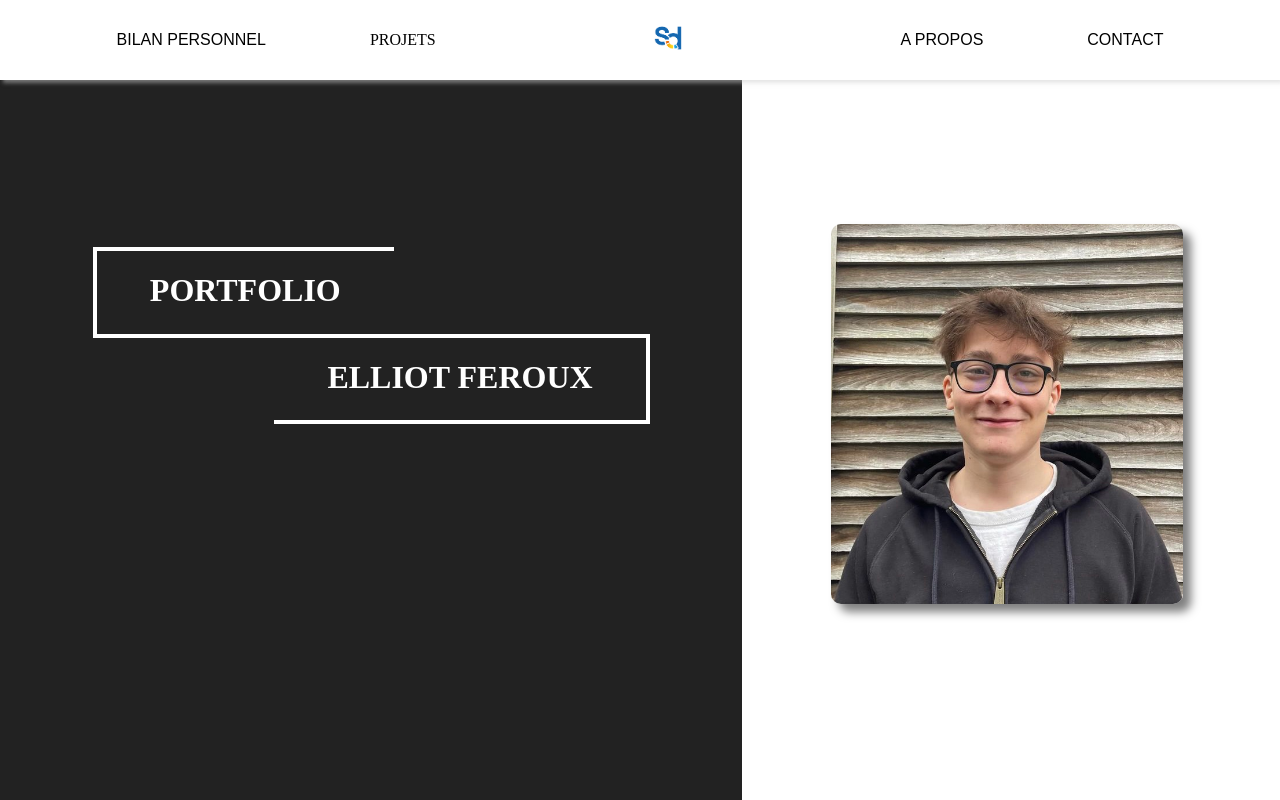
Repository: elliotfx/elliotfx.github.io
Page: html/main.html
The author's editor kept a copy of each file at every save. The page is drawn from the files as they stood at one save, then again after the next save.
The browser window is 1280 px wide. The pictures show the whole page.

Above is the page before, as saved 2024-07-30 21:38:58.

After the next save:
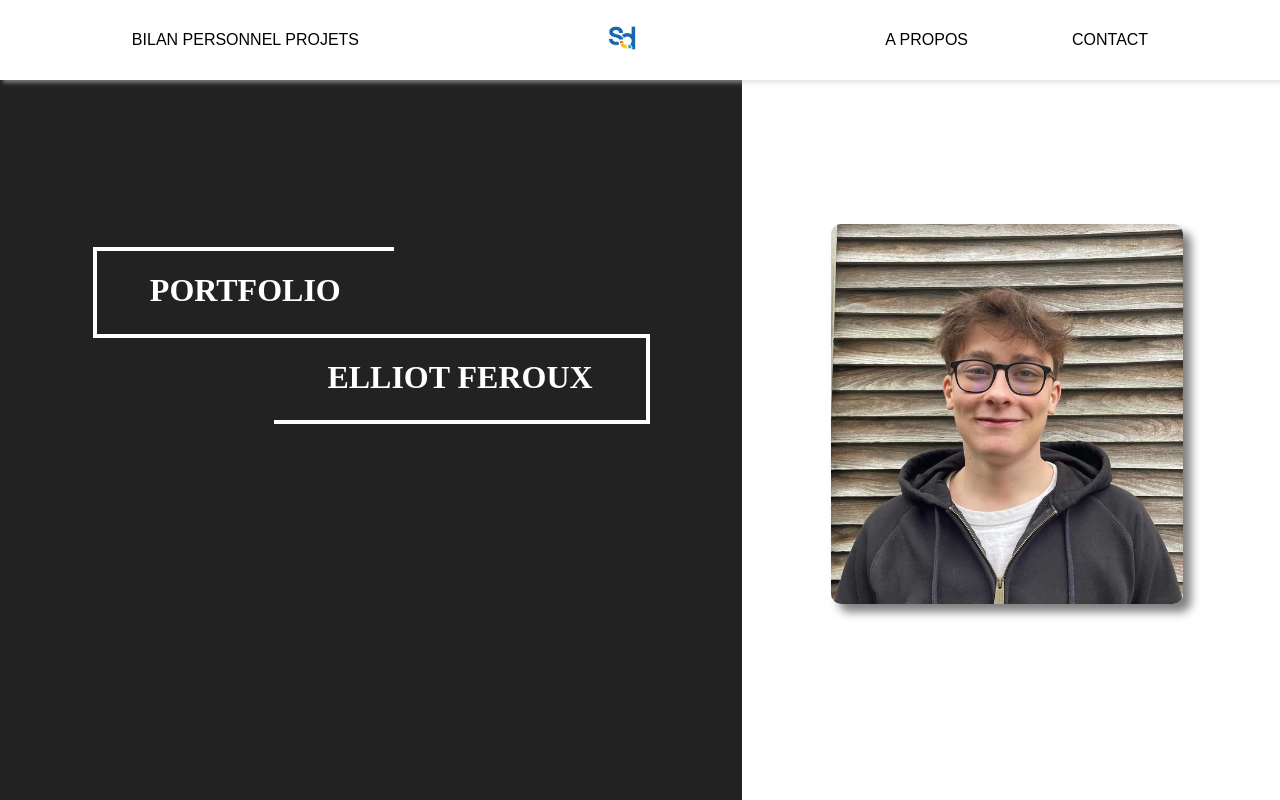
Saved 217 days later.
--- a/html/main.html
+++ b/html/main.html
@@ -25,15 +25,7 @@
             <li class="left-links">
                 <ul class="left-links-submenu">
                     <li class="link-nav-underline"><a href="bilan.html">BILAN PERSONNEL</a></li>
-                    <li class="link-nav-underline-projet">PROJETS
-                        <div class="dropdown">
-                            <ul>
-                                <li><a href="projets1.html">Première Année</a></li><br>
-                                <li><a href="projets2.html">Deuxième Année</a></li><br>
-                                <li><a href="projets3.html">Troisième Année</a></li><br>
-                            </ul>
-                        </div>
-                    </li>
+                    <a href="projets.html"><li class="link-nav-underline-projet">PROJETS</li></a>
                 </ul>
             </li>
             <li class="logo">
